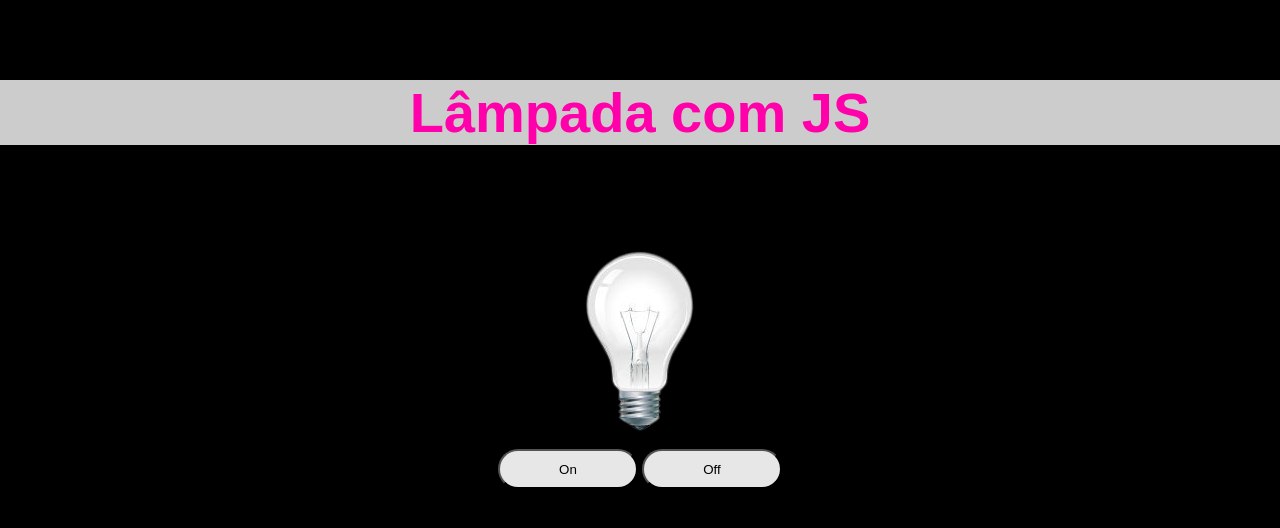
Repository: kahut-gdd/lampadaComJs
Page: index.html
An editor plug-in stored every save of this project. The page is shown before and after a run of saves, followed by the edit.
The browser window is 1280 px wide. The pictures show the whole page.

Above is the page before, as saved 2022-06-25 12:59:41.

### index.html
<!DOCTYPE html>
<html lang="pt-br">
<head>
    <meta charset="UTF-8">
    <meta http-equiv="X-UA-Compatible" content="IE=edge">
    <meta name="viewport" content="width=device-width, initial-scale=1.0">
    <title>LampadaComJs</title>
    <style>
        *{
            margin: 0;
            padding: 0;
            background: rgb(0, 0, 0);
            align-items: center;
        }
        h1{
            background: #ccc;
            color: rgb(255, 0, 170);
            text-align: center;
            font-size: 3.5rem;
            font-family: sans-serif;
        }
        head, main{
            margin-top: 80px;
            display: flex;
            flex-direction: column;
            align-items: center;
            cursor: pointer;
        }
        button{
            width: 140px;
            height: 40px;
            background-color: rgb(231, 231, 231);
            color: #000;
            cursor: pointer;
            border-radius: 60px;

        }
        #turnOn:hover{
            background: rgb(84, 247, 84);
            color: aliceblue;
            font-size: 1.2rem;
        }
        #turnOff:hover{
            background: rgb(255, 0, 55);
            color: aliceblue;
            font-size: 1.2rem;
        }
    </style>
</head>
<body>
    <header>
        <h1>Lâmpada com JS</h1>
    </header>
    <main>
        <div>
            <img src="./img/desligada.png" alt="Lámpada" id="lamp">
        </div>
        <div>
            <button id="turnOn">On</button>
            <button id="turnOff">Off</button>
        </div>
    </main>


    <script>
        const turnOn = document.getElementById('turnOn');
        const turnOff = document.getElementById('turnOff');
        const lamp = document.getElementById('lamp');

        function isLampBroken(){
            return lamp.src.indexOf('quebrada') > -1;
        }

        function lampOn(){
            if(!isLampBroken()){
            lamp.src = './img/ligada.png';
            }
        }

        function lampOff(){
            if(!isLampBroken()){
            lamp.src = './img/desligada.png';
            }
        }
        function lampBroken(){
            lamp.src = './img/quebrada.png';
        }

        turnOn.addEventListener('click', lampOn);
        turnOff.addEventListener('click', lampOff);
        lamp.addEventListener('mouseover', lampOn);
        lamp.addEventListener('mouseleave', lampOff);
        lamp.addEventListener('dblclick', lampBroken);

    </script>
</body>
</html>

After the next 4 saves:
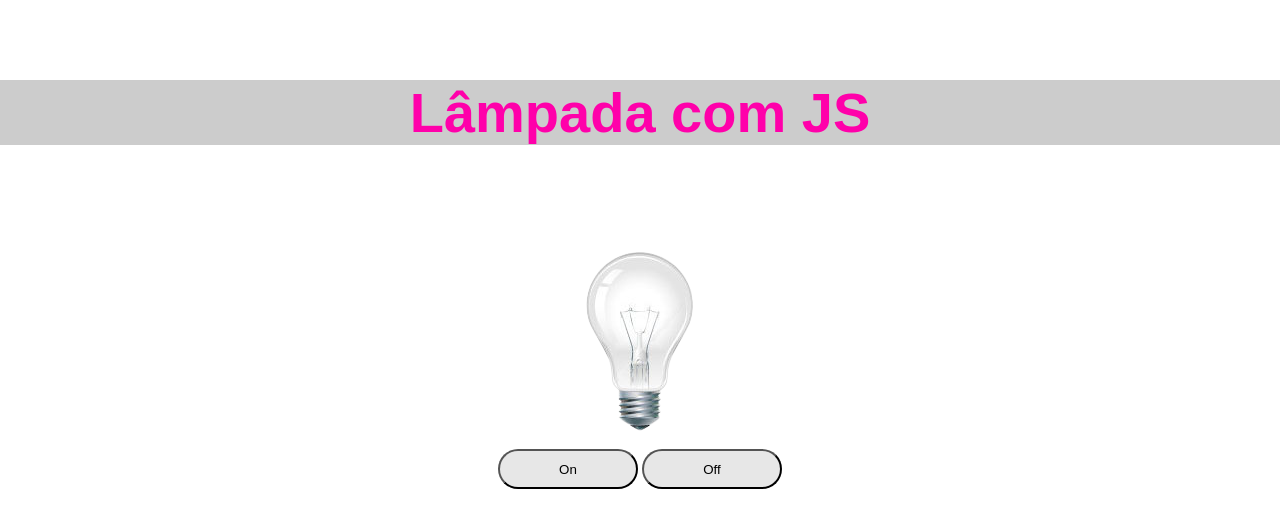
The 4 saves are shown as one change because they came seconds apart.
The last was saved 30 s later.
--- a/index.html
+++ b/index.html
@@ -9,7 +9,7 @@
         *{
             margin: 0;
             padding: 0;
-            background: rgb(0, 0, 0);
+            background: gra;
             align-items: center;
         }
         h1{
